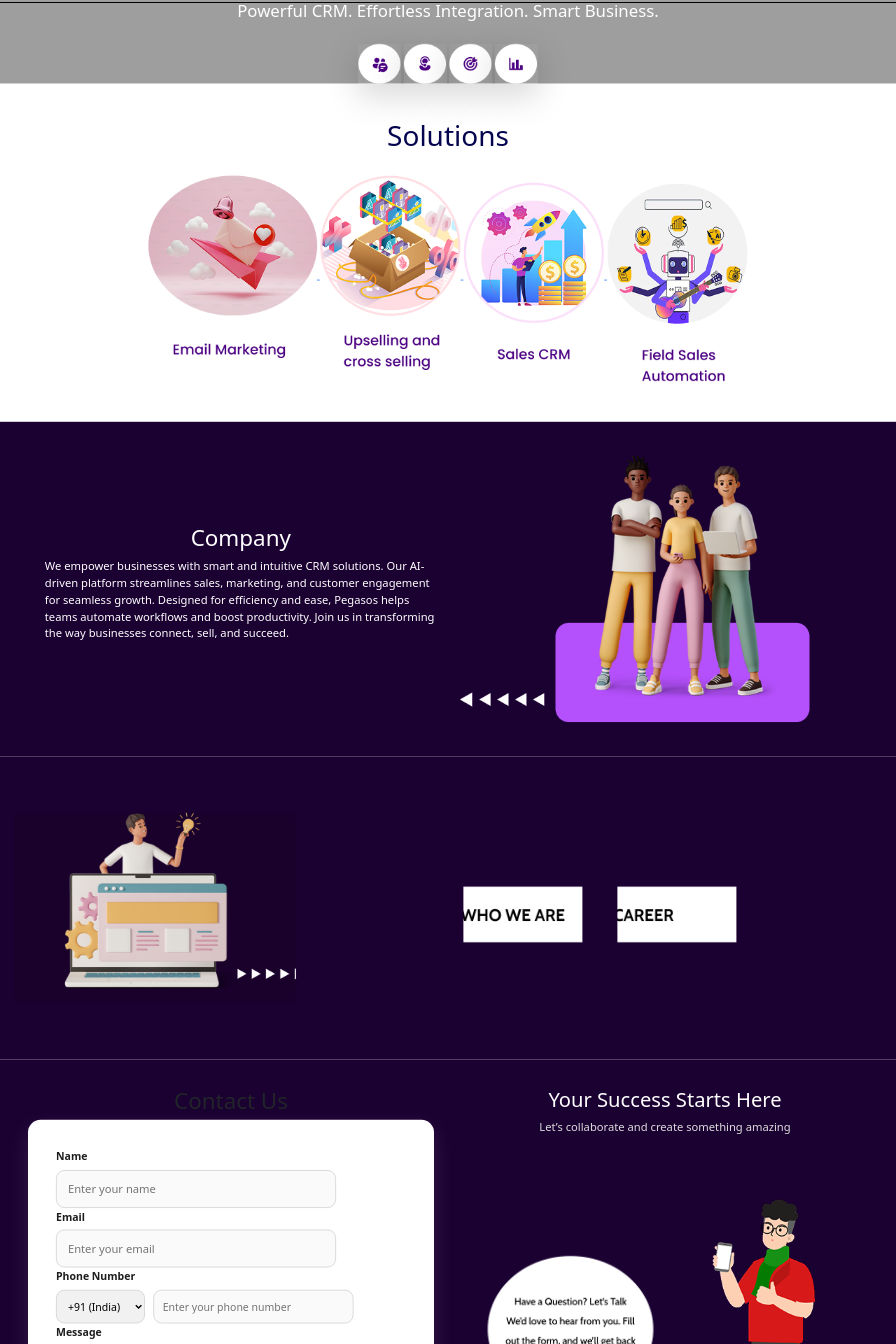
Repository: vasundharaji18/landing-page
Page: website.html
These files come from the project's save history. The page is drawn as it stood at one moment and after the next save; the edit follows.
The browser window is 1280 px wide. The pictures show the part of the page from y = 362 to 2282 px (the page is 3311 px tall before and 3319 px after), at 70% of full size.
Pictures or frames that could not be fetched are drawn as grey boxes.

Above is the page before, as saved 2025-04-16 00:14:08.

### website.html
<!DOCTYPE html>
<html lang="en">
<head>
  <meta charset="UTF-8" />
  <meta name="viewport" content="width=device-width, initial-scale=1.0" />
  <title>Pegasos - Portfolio</title>
  <link rel="stylesheet" href="portfolio.css" />
</head>
<body>

  <nav class="navbar">
    <!-- Logo as an image -->
    <a href="/website.html" class="logo">
      <img src="photos/logo.png" alt="Pegasos Logo" class="logo-img">
    </a>

    <!-- Hamburger Button -->
    <div class="menu-toggle" id="menu-toggle">☰</div>

    <!-- Navigation List -->
    <ul id="nav-list">
      <li><a href="/about.html">About</a></li>
      <li class="dropdown">
        <a href="/services.html">Services ▾</a>
        <div class="dropdown-content">
          <a href="/E-mail Marketing.html">E-mail Marketing</a>
          <a href="/Upselling & Cross-Selling.html">Upselling & Cross-Selling</a>
          <a href="/Sales CRM.html">Sales CRM</a>
          <a href="/Field Sales Automation.html">Field Sales Automation</a>
        </div>
      </li>
      <li><a href="/industry.html">Industry</a></li>
      <li><a href="/contact.html">Contact</a></li>
    </ul>
  </nav>


  </script>

  <!-- Home Section -->
<section id="home" class="section">
  <div class="bg-cover bg-center text-white py-[500px] hero-content min-h-screen w-full"
       style="background-image: url('https://media4.giphy.com/media/v1.Y2lkPTc5MGI3NjExOW45dnQ3aDVhd3F5M2hrbnB3MzF1NXNsNGNxZW5qY3RhMXIybno5eiZlcD12MV9pbnRlcm5hbF9naWZfYnlfaWQmY3Q9Zw/l3q2RgN7WUjeUUXm0/giphy.gif');">
       <div class="max-w-10xl mx-auto px-8 sm:px-9 lg:px-11 text-center">
      <br>
    <br>
    <br>
    <br><br>
    <br>

        <h1 class="text-6xl sm:text-7xl font-bold mb-6">
          Grow Your Business Faster Than Ever Before
        </h1>

      <p class="text-lg sm:text-xl mb-10 max-w-5xl mx-auto">
        Powerful CRM. Effortless Integration. Smart Business.
      </p>

      <!-- Image below paragraph -->
      <img src="photos/Group 213.png"
      alt="Business Growth Illustration"
      class="image-card mx-auto w-full max-w-xs rounded-lg shadow-lg transition-transform duration-300 hover:scale-105 cursor-pointer"
      onclick="handleClick(1)">

 <img src="photos/Group 214.png"
      alt="Team Collaboration"
      class="image-card mx-auto w-full max-w-xs rounded-lg shadow-lg transition-transform duration-300 hover:scale-105 cursor-pointer"
      onclick="handleClick(2)">

 <img src="photos/Group 215.png"
      alt="Success Metrics"
      class="image-card mx-auto w-full max-w-xs rounded-lg shadow-lg transition-transform duration-300 hover:scale-105 cursor-pointer"
      onclick="handleClick(3)">

      <img src="photos/Group 216.png"
      alt="Success Metrics"
      class="image-card mx-auto w-full max-w-xs rounded-lg shadow-lg transition-transform duration-300 hover:scale-105 cursor-pointer"
      onclick="handleClick(4)">
    </div>
  </div>
</section>


<!-- Services Section -->

<section id="services"
class="py-16 bg-no-repeat bg-contain bg-center"
>
<h2>Solutions</h2>

  <div class="flex flex-nowrap justify-center gap-12 overflow-x-auto px-5 items-end relative z-10">

    <!-- 🔼 First icon -->
    <a href="email-marketing.html">
      <img src="photos/emailmarketing.png"
           class="w-24 h-24 -mt-6 mb-4 hover:scale-110 transition-transform duration-300"
           alt="Email Marketing">
    </a>


    <!-- Mid icons -->
    <a href="upselling.html">
      <img src="photos/upselling.png"
           class="w-24 h-24 mb-2 hover:scale-110 transition-transform duration-300"
           alt="Upselling">
    </a>

    <a href="crm.html">
      <img src="photos/crm.png"
           class="w-24 h-24 mb-2 hover:scale-110 transition-transform duration-300"
           alt="CRM">
    </a>

    <!-- 🔽 Last icon -->
    <a href="field-sale.html">
      <img src="photos/fieldsell.png"
           class="w-24 h-24 mt-4 hover:scale-110 transition-transform duration-300"
           alt="Field Sales">
    </a>

  </div>
</section>

</section>

<!-- About Section -->
<section id="about" class="section" style="display: flex; align-items: center; gap: 2rem;">
  <!-- Left side text -->
  <div style="flex: 1;">
    <h2>Company</h2>
    <p>
      We empower businesses with smart and intuitive CRM solutions. Our AI-driven platform streamlines sales, marketing, and customer engagement for seamless growth.
      Designed for efficiency and ease, Pegasos helps teams automate workflows and boost productivity.
      Join us in transforming the way businesses connect, sell, and succeed.
    </p>
  </div>

  <!-- Right side image -->
  <div style="flex: 1;">
    <img src="photos/company.png" alt="About Image" style="width: 100%; height: auto; border-radius: 10px;">
  </div>
</section>




  <!-- industry -->

<section id="industry" class="section" style="display: flex; align-items: center; gap: 2rem;">
  <!-- Left side image -->
  <div style="flex: 1;">
    <img src="photos/happy man and website window in laptop@3x.png" alt="Industry Image" style="width: 100%; height: auto; border-radius: 10px;">
  </div>

  <!-- Right side content with buttons -->
  <div style="flex: 2;">
    <!-- Horizontal Button Group -->
    <div class="button-container">

      <!-- WHO WE ARE Button -->
      <button class="custom-btn" onclick="window.location.href='/about.html'">
        <img src="photos/Group 211.png" alt="Icon" class="btn-icon" />

      </button>

      <!-- CAREER Button -->
      <button class="custom-btn" onclick="window.location.href='/career.html'">
        <img src="photos/Group 212.png" alt="Icon" class="btn-icon" />

      </button>

    </div>



</section>



<!-- Contact Section -->
<div class="contact-section">
  <div class="contact-container">

    <!-- Left: Form Block -->
    <div class="contact-wrapper contact-form-block">
      <h2>Contact Us</h2>
      <form>
        <label for="name">Name</label>
        <input type="text" id="name" placeholder="Enter your name" required />

        <label for="email">Email</label>
        <input type="email" id="email" placeholder="Enter your email" required />

        <label for="phone">Phone Number</label>
        <div class="phone-input-box">
          <select>
            <option value="+1">+1 (USA)</option>
            <option value="+44">+44 (UK)</option>
            <option value="+91" selected>+91 (India)</option>
            <option value="+61">+61 (Australia)</option>
            <option value="+81">+81 (Japan)</option>
          </select>
          <input type="tel" placeholder="Enter your phone number" required />
        </div>

        <label for="message">Message</label>
        <textarea id="message" rows="5" placeholder="Enter your message" required></textarea>

        <button type="submit">Send Message</button>
      </form>
    </div>


   <!-- Right Side: Image and Text Block -->
<div class="contact-image-block">
  <div class="contact-image-content">
    <h3 class="success-heading">Your Success Starts Here</h3>
    <p>Let’s collaborate and create something amazing</p>
    <div class="image-row">
    <img src="photos/wpf_speech-bubble.png" alt="Teamwork" class="contact-image" />
    <img src="photos/Man Showing Smartphone.png" alt="Man Showing Smartphone" class="contact-image" />
  </div>
</div>
</div>





  <!-- Footer -->
<link href="https://cdn.jsdelivr.net/npm/bootstrap@5.3.3/dist/css/bootstrap.min.css" rel="stylesheet">
<link rel="stylesheet" href="https://cdnjs.cloudflare.com/ajax/libs/font-awesome/6.5.0/css/all.min.css">

<footer class="footer mt-lg-7">
  <div class="container-fluid footer-container">
    <div class="row">

      <!-- Company Info -->
      <div class="col-lg-4 col-md-6 col-sm-12 cmp mb-4">
        <img src="photos/logo.png" alt="Pegasos Logo" />
        <h4>Pegasos Information Technology and Services LLP</h4>
        <h6>Get every single promotional & business update.</h6>
      </div>



      <!-- Quick Links -->
      <div class="col-lg-6 col-md-12 mt-lg-5 mt-3 px-lg-5 px-md-2 mb-3">
        <h3 class="text-start">Quick Links</h3>
        <div class="row ql d-flex justify-content-between">
          <div class="col ql1 d-flex flex-column">
            <a href="#">Home</a>
            <a href="#">Company</a>
            <a href="#">Who We Are</a>
            <a href="#">Career</a>
            <a href="#">Contact Us</a>
          </div>
          <div class="col ql2 d-flex flex-column">
            <a href="#">Solution</a>
            <a href="#">Industries</a>
            <a href="#">Terms & Condition</a>
            <a href="#">Privacy Policy</a>
            <a href="#">Help</a>
          </div>
        </div>
      </div>

         <!-- Mailbox -->
         <div class="col-lg-5 col-md-6 col-sm-12 mb-4">
          <div class="mailbox w-100">
            <form method="POST" action="" class="d-flex align-items-center w-100 flex-wrap">
              <input type="email" name="email" class="form-control flex-grow-1 mbox" placeholder="Mail Address" required>
              <button type="submit" class="btn btn-primary ms-2 arrowb">➤</button>
            </form>
            <div class="alert alert-info mt-2" style="display: none;"></div>
          </div>
        </div>

      <!-- Contact Info -->
      <div class="col-lg-6 col-md-12 mt-lg-5 mt-3 box">
        <h3 class="text-start cont">Contacts</h3>
        <a href="mailto:info@pegasos.in">info@pegasos.in</a>
        <p>Bangalore, India</p>
        <div class="iconsbox d-flex justify-content-start gap-3 mt-2">
          <a href="https://www.linkedin.com/company/pegasos" target="_blank">
            <i class="fab fa-linkedin linked-icon"></i>
          </a>
          <a href="https://wa.me/yourwhatsappnumber" target="_blank">
            <i class="fab fa-whatsapp wp-icon"></i>
          </a>
          <a href="https://www.facebook.com/pegasos" target="_blank">
            <i class="fab fa-facebook fb-icon"></i>
          </a>
        </div>
      </div>
    </div>

    <!-- Copyright -->
    <div class="cp text-center mt-4">
      © 2025 Pegasos. All rights reserved.
    </div>
  </div>
</footer>


  <script src="portfolio.js"></script>
</body>
</html>

Loaded but not shown: portfolio.js (72 lines, source omitted); portfolio.css (810 lines, source omitted)

After the next save:
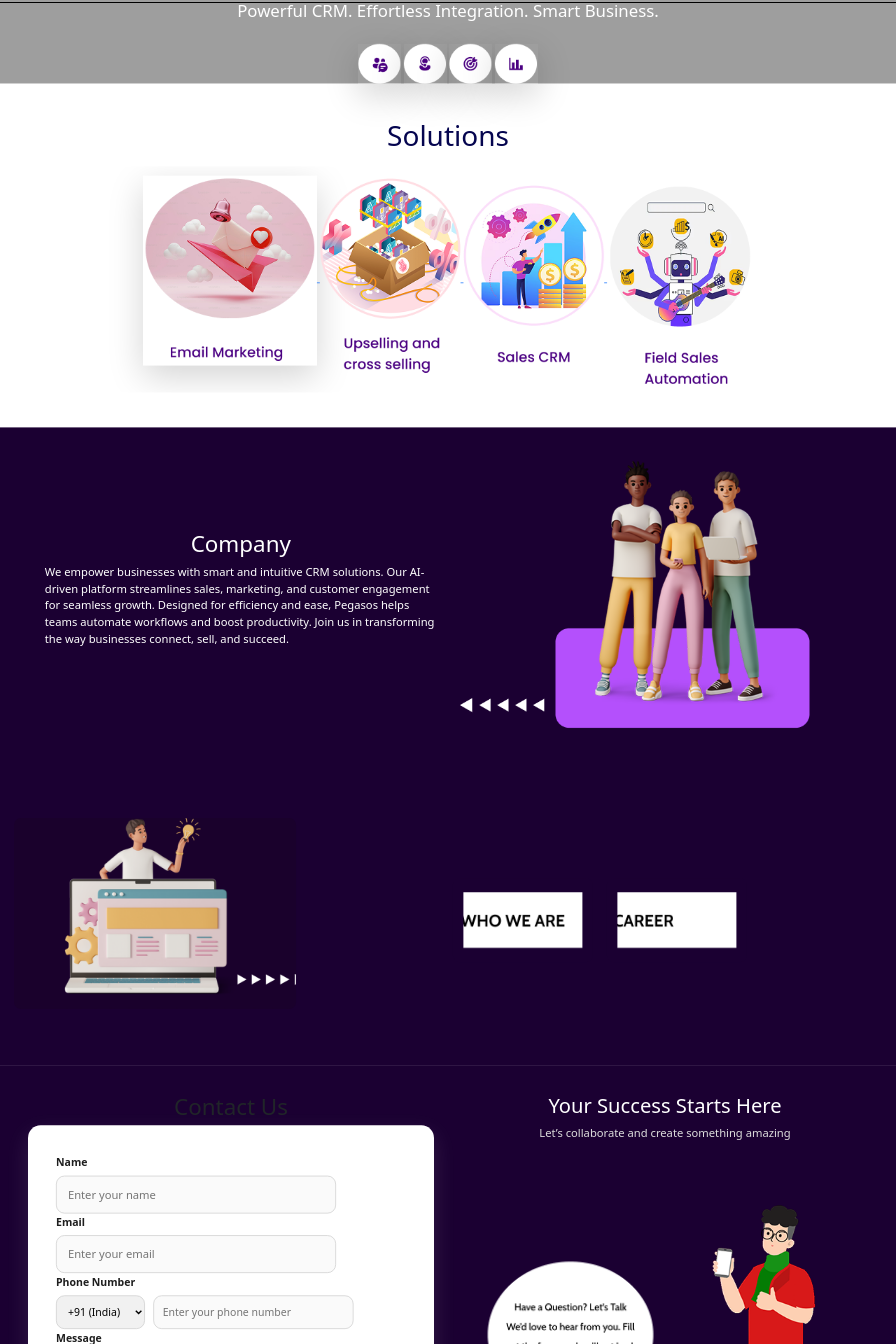
Saved 2 min 26 s later.
--- a/website.html
+++ b/website.html
@@ -83,45 +83,43 @@
 
 <!-- Services Section -->
 
-<section id="services"
-class="py-16 bg-no-repeat bg-contain bg-center"
->
-<h2>Solutions</h2>
+<section id="services" class="py-16 bg-no-repeat bg-contain bg-center">
+  <h2>Solutions</h2>
 
   <div class="flex flex-nowrap justify-center gap-12 overflow-x-auto px-5 items-end relative z-10">
 
-    <!-- 🔼 First icon -->
+    <!-- First icon -->
     <a href="email-marketing.html">
       <img src="photos/emailmarketing.png"
-           class="w-24 h-24 -mt-6 mb-4 hover:scale-110 transition-transform duration-300"
+           class="w-20 h-20 -mt-6 mb-4 hover:scale-110 hover:rotate-1 transition-transform duration-300 shadow-lg rounded-full bg-white p-1"
            alt="Email Marketing">
     </a>
-
 
     <!-- Mid icons -->
     <a href="upselling.html">
       <img src="photos/upselling.png"
-           class="w-24 h-24 mb-2 hover:scale-110 transition-transform duration-300"
+           class="w-24 h-24 mb-2 hover:scale-110 hover:brightness-110 transition-transform duration-300 border-2 border-blue-200 rounded-full"
            alt="Upselling">
     </a>
 
     <a href="crm.html">
       <img src="photos/crm.png"
-           class="w-24 h-24 mb-2 hover:scale-110 transition-transform duration-300"
+           class="w-22 h-22 mb-2 hover:scale-110 hover:-rotate-2 transition-transform duration-300 shadow-md rounded-xl"
            alt="CRM">
     </a>
 
-    <!-- 🔽 Last icon -->
+    <!-- Last icon -->
     <a href="field-sale.html">
       <img src="photos/fieldsell.png"
-           class="w-24 h-24 mt-4 hover:scale-110 transition-transform duration-300"
+           class="w-20 h-20 mt-4 hover:scale-110 hover:shadow-2xl transition-transform duration-300 rounded-full bg-gray-50 p-1"
            alt="Field Sales">
     </a>
 
   </div>
 </section>
 
-</section>
+
+
 
 <!-- About Section -->
 <section id="about" class="section" style="display: flex; align-items: center; gap: 2rem;">

After the save that followed:
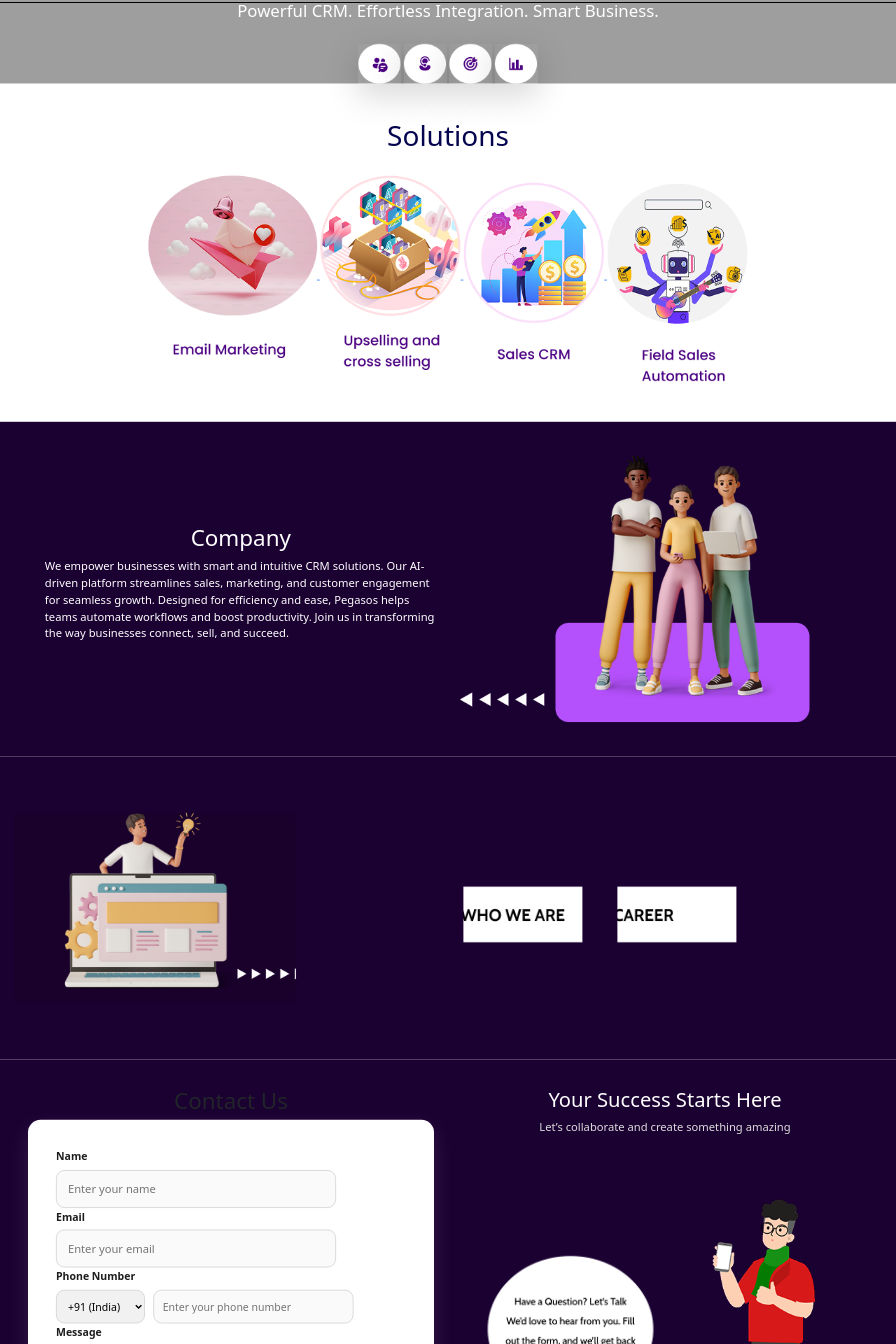
Saved 16 s later.
--- a/website.html
+++ b/website.html
@@ -83,41 +83,43 @@
 
 <!-- Services Section -->
 
-<section id="services" class="py-16 bg-no-repeat bg-contain bg-center">
-  <h2>Solutions</h2>
+<section id="services"
+class="py-16 bg-no-repeat bg-contain bg-center"
+>
+<h2>Solutions</h2>
 
   <div class="flex flex-nowrap justify-center gap-12 overflow-x-auto px-5 items-end relative z-10">
 
-    <!-- First icon -->
+    <!-- 🔼 First icon -->
     <a href="email-marketing.html">
       <img src="photos/emailmarketing.png"
-           class="w-20 h-20 -mt-6 mb-4 hover:scale-110 hover:rotate-1 transition-transform duration-300 shadow-lg rounded-full bg-white p-1"
+           class="w-24 h-24 -mt-6 mb-4 hover:scale-110 transition-transform duration-300"
            alt="Email Marketing">
     </a>
+
 
     <!-- Mid icons -->
     <a href="upselling.html">
       <img src="photos/upselling.png"
-           class="w-24 h-24 mb-2 hover:scale-110 hover:brightness-110 transition-transform duration-300 border-2 border-blue-200 rounded-full"
+           class="w-24 h-24 mb-2 hover:scale-110 transition-transform duration-300"
            alt="Upselling">
     </a>
 
     <a href="crm.html">
       <img src="photos/crm.png"
-           class="w-22 h-22 mb-2 hover:scale-110 hover:-rotate-2 transition-transform duration-300 shadow-md rounded-xl"
+           class="w-24 h-24 mb-2 hover:scale-110 transition-transform duration-300"
            alt="CRM">
     </a>
 
-    <!-- Last icon -->
+    <!-- 🔽 Last icon -->
     <a href="field-sale.html">
       <img src="photos/fieldsell.png"
-           class="w-20 h-20 mt-4 hover:scale-110 hover:shadow-2xl transition-transform duration-300 rounded-full bg-gray-50 p-1"
+           class="w-24 h-24 mt-4 hover:scale-110 transition-transform duration-300"
            alt="Field Sales">
     </a>
 
   </div>
 </section>
-
 
 
 
